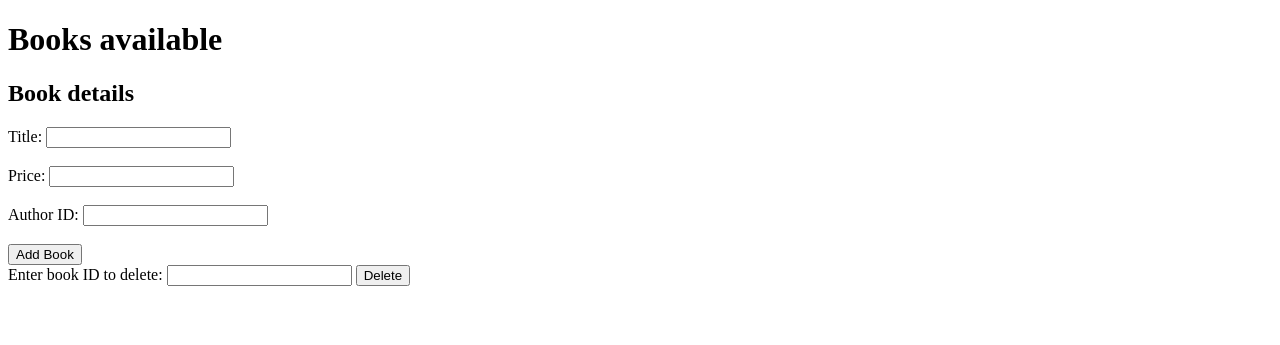
Repository: Afrozzzz/java-training
Page: shop/src/main/resources/static/books.html
These files come from the project's save history. The page is drawn as it stood at one moment and after the next save; the edit follows.
The browser window is 1280 px wide. The pictures show the whole page.
The page's requests for data from a server got no answer.

Above is the page before, as saved 2025-03-03 09:35:59.
Console error: TypeError: Cannot read properties of null (reading 'addEventListener')

### shop/src/main/resources/static/books.html
<!DOCTYPE html>
<html lang="en">
<head>
    <meta charset="UTF-8">
    <meta name="viewport" content="width=device-width, initial-scale=1.0">
    <title>Books</title>
</head>
<body>
    <h1>Books available</h1>
    <ul id="bookList"></ul>

    <h2>Book details</h2>
    <p id="bookDetails"></p>

    <form id="bookForm">
        <label for="title">Title:</label>
        <input type="text" id="title" name="title"><br><br>
        <label for="price">Price:</label>
        <input type="text" id="price" name="price"><br><br>
        <label for="authorId">Author ID:</label>
        <input type="text" id="authorId" name="authorId"><br><br>
        <button type="button" onclick="addBook()">Add Book</button>
    </form>

    <label for="deleteBookId">Enter book ID to delete:</label>
    <input type="number" id="deleteBookId" name="deleteBookId">
    <button id="deleteButton">Delete</button>

    <script src="bookController.js"></script>
    <script>
        // Fetch all books and display them in a list
        fetch('/api/books')
            .then(response => response.json())
            .then(data => {
                const list = document.getElementById('bookList');
                data.forEach(book => {
                    const li = document.createElement('li');
                    li.textContent = `${book.title} having price $${book.price} with author ID ${book.authorId}`;
                    list.appendChild(li);
                });
            })
            .catch(error => console.error('Error fetching books data:', error));

        // Function to fetch book by ID and display its details
        function fetchBookById() {
            const bookId = document.getElementById("bookId").value;
            if (!bookId) {
                alert("Please enter a book ID");
                return;
            }
            fetch(`/api/books/${bookId}`)
                .then(response => {
                    if (!response.ok) {
                        throw new Error("Book not found");
                    }
                    return response.json();
                })
                .then(book => {
                    document.getElementById("bookDetails").textContent =
                        `Title: ${book.title} || Price: $${book.price} || Author ID: ${book.authorId}`;
                })
                .catch(error => {
                    document.getElementById("bookDetails").textContent = "Book not found";
                });
        }

        // Adding event listener to the search button
        document.getElementById("searchButton").addEventListener("click", fetchBookById);

        // Function to add a new book
        function addBook() {
            const title = document.getElementById('title').value;
            const price = document.getElementById('price').value;
            const authorId = document.getElementById('authorId').value;

            if (!title || !price || !authorId) {
                alert('Please fill in all fields');
                return;
            }

            const newBook = {
                title: title,
                price: price,
                authorId: authorId
            };

            fetch('/api/books', {
                method: 'POST',
                headers: {
                    'Content-Type': 'application/json'
                },
                body: JSON.stringify(newBook)
            })
            .then(response => {
                if (response.ok) {
                    alert('Book added successfully!');
                    // Optionally, refresh the book list by re-fetching the books
                    fetchBooks();  // Assuming fetchBooks is defined to refresh the list
                } else {
                    throw new Error('Failed to add book');
                }
            })
            .catch(error => {
                console.error('Error adding book:', error);
            });
        }

        // Function to delete a book by ID
        function deleteBook() {
            const bookId = document.getElementById('deleteBookId').value;
            if (!bookId) {
                alert('Please enter a book ID');
                return;
            }
            fetch(`/api/books/${bookId}`, {
                method: 'DELETE'
            })
            .then(response => {
                if (response.ok) {
                    alert('Book deleted successfully!');
                    // Optionally, refresh the book list by re-fetching the books
                    fetchBooks();  // Assuming fetchBooks is defined to refresh the list
                } else {
                    throw new Error('Failed to delete book');
                }
            })
            .catch(error => {
                console.error('Error deleting book:', error);
            });
        }

        // Add event listener to the delete button
        document.getElementById("deleteButton").addEventListener("click", deleteBook);
    </script>
</body>
</html>

### shop/src/main/resources/static/BookController.js
function addBook() {

    const title = document.getElementById('title').value;

    const price = document.getElementById('price').value;

    const authorId = document.getElementById('authorId').value;

    if (title && price && authorId) {

        const book = {

            title: title,

            price: price,

            authorId: authorId

        };

        fetch('/api/books', {

            method: 'POST',

            headers: {

                'Content-Type': 'application/json'

            },

            body: JSON.stringify(book)

        })

        .then(response => response.text())

        .then(data => {

            alert(data);

        })

        .catch(error => {

            console.error('Error:', error);

        });

    } else {

        alert('Please fill in all fields.');

    }

}

After the next save:
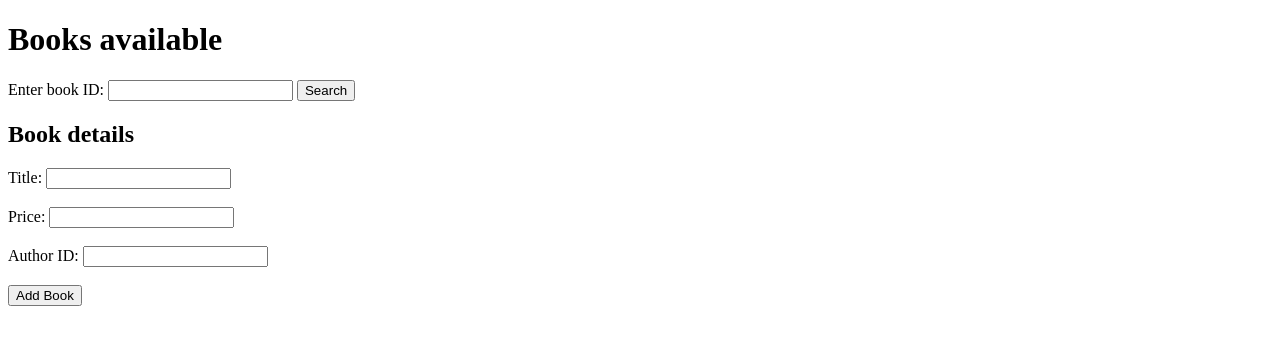
The error is gone.
Saved 4 min 7 s later.
--- a/shop/src/main/resources/static/books.html
+++ b/shop/src/main/resources/static/books.html
@@ -1,33 +1,62 @@
 <!DOCTYPE html>
 <html lang="en">
 <head>
-    <meta charset="UTF-8">
-    <meta name="viewport" content="width=device-width, initial-scale=1.0">
-    <title>Books</title>
+<meta charset="UTF-8">
+<meta name="viewport" content="width=device-width, initial-scale=1.0">
+<title>Books</title>
 </head>
 <body>
-    <h1>Books available</h1>
-    <ul id="bookList"></ul>
+<h1>Books available</h1>
+<ul id="bookList"></ul>
+<label for="bookId">Enter book ID:</label>
+<input type="number" id="bookId" name="bookId">
+<button id="searchButton">Search</button>
+<h2>Book details</h2>
+<p id="bookDetails"></p>
+<form id="bookForm">
+<label for="title">Title:</label>
+<input type="text" id="title" name="title"><br><br>
 
-    <h2>Book details</h2>
-    <p id="bookDetails"></p>
+        <label for="price">Price:</label>
+<input type="text" id="price" name="price"><br><br>
 
-    <form id="bookForm">
-        <label for="title">Title:</label>
-        <input type="text" id="title" name="title"><br><br>
-        <label for="price">Price:</label>
-        <input type="text" id="price" name="price"><br><br>
         <label for="authorId">Author ID:</label>
-        <input type="text" id="authorId" name="authorId"><br><br>
+<input type="text" id="authorId" name="authorId"><br><br>
+
         <button type="button" onclick="addBook()">Add Book</button>
-    </form>
+</form>
 
-    <label for="deleteBookId">Enter book ID to delete:</label>
-    <input type="number" id="deleteBookId" name="deleteBookId">
-    <button id="deleteButton">Delete</button>
+<script>
+     function addBook() {
+    	    const title = document.getElementById('title').value;
+    	    const price = document.getElementById('price').value;
+    	    const authorId = document.getElementById('authorId').value;
 
-    <script src="bookController.js"></script>
-    <script>
+    	    if (title && price && authorId) {
+    	        const book = {
+    	            title: title,
+    	            price: price,
+    	            authorId: authorId
+    	        };
+
+    	        fetch('/api/books', {
+    	            method: 'POST',
+    	            headers: {
+    	                'Content-Type': 'application/json'
+    	            },
+    	            body: JSON.stringify(book)
+    	        })
+    	        .then(response => response.text())
+    	        .then(data => {
+    	            alert(data);
+    	        })
+    	        .catch(error => {
+    	            console.error('Error:', error);
+    	        });
+    	    } else {
+    	        alert('Please fill in all fields.');
+    	    }
+    	}
         // Fetch all books and display them in a list
         fetch('/api/books')
             .then(response => response.json())
@@ -40,7 +69,6 @@
                 });
             })
             .catch(error => console.error('Error fetching books data:', error));
-
         // Function to fetch book by ID and display its details
         function fetchBookById() {
             const bookId = document.getElementById("bookId").value;
@@ -63,74 +91,8 @@
                     document.getElementById("bookDetails").textContent = "Book not found";
                 });
         }
-
         // Adding event listener to the search button
         document.getElementById("searchButton").addEventListener("click", fetchBookById);
-
-        // Function to add a new book
-        function addBook() {
-            const title = document.getElementById('title').value;
-            const price = document.getElementById('price').value;
-            const authorId = document.getElementById('authorId').value;
-
-            if (!title || !price || !authorId) {
-                alert('Please fill in all fields');
-                return;
-            }
-
-            const newBook = {
-                title: title,
-                price: price,
-                authorId: authorId
-            };
-
-            fetch('/api/books', {
-                method: 'POST',
-                headers: {
-                    'Content-Type': 'application/json'
-                },
-                body: JSON.stringify(newBook)
-            })
-            .then(response => {
-                if (response.ok) {
-                    alert('Book added successfully!');
-                    // Optionally, refresh the book list by re-fetching the books
-                    fetchBooks();  // Assuming fetchBooks is defined to refresh the list
-                } else {
-                    throw new Error('Failed to add book');
-                }
-            })
-            .catch(error => {
-                console.error('Error adding book:', error);
-            });
-        }
-
-        // Function to delete a book by ID
-        function deleteBook() {
-            const bookId = document.getElementById('deleteBookId').value;
-            if (!bookId) {
-                alert('Please enter a book ID');
-                return;
-            }
-            fetch(`/api/books/${bookId}`, {
-                method: 'DELETE'
-            })
-            .then(response => {
-                if (response.ok) {
-                    alert('Book deleted successfully!');
-                    // Optionally, refresh the book list by re-fetching the books
-                    fetchBooks();  // Assuming fetchBooks is defined to refresh the list
-                } else {
-                    throw new Error('Failed to delete book');
-                }
-            })
-            .catch(error => {
-                console.error('Error deleting book:', error);
-            });
-        }
-
-        // Add event listener to the delete button
-        document.getElementById("deleteButton").addEventListener("click", deleteBook);
-    </script>
+</script>
 </body>
 </html>
